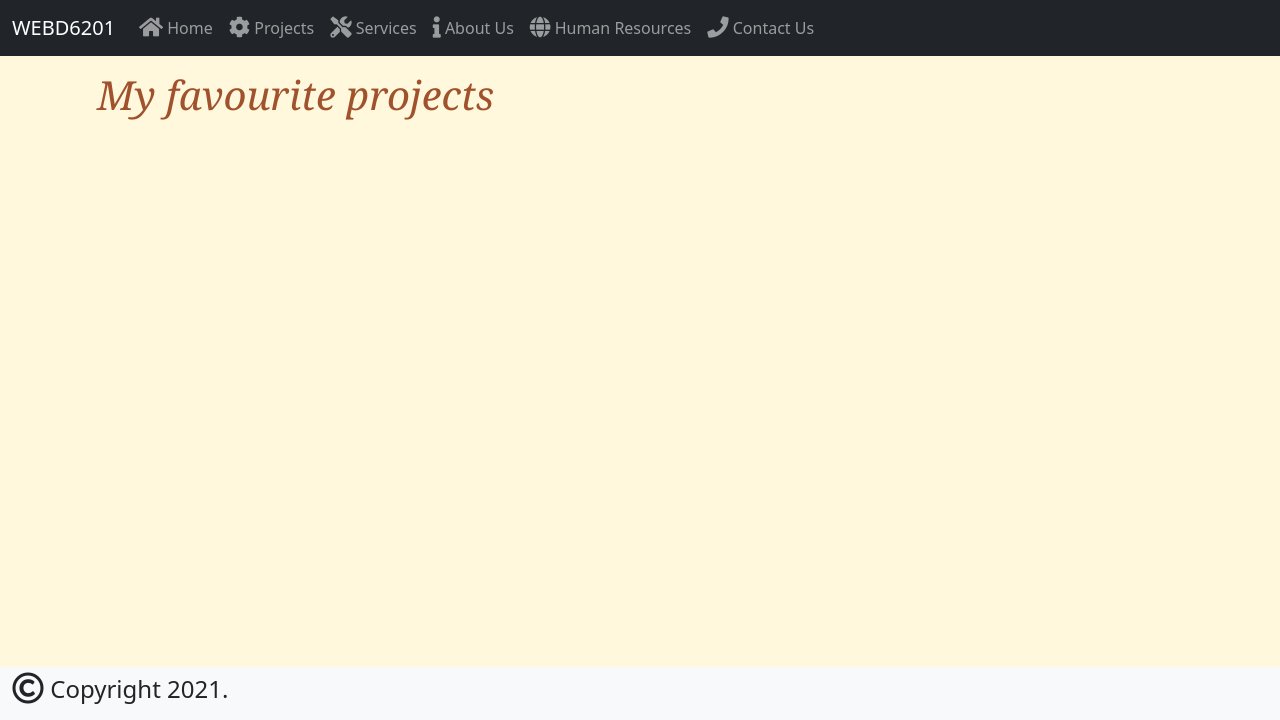
Repository: YiuWingLau/WEBD6201-W2021-Lab1
Page: projects.html
An editor plug-in stored every save of this project. The page is shown before and after the next save, followed by the edit.
The browser window is 1280 px wide. The pictures show the whole page.

Above is the page before, as saved 2021-02-04 20:30:35.
Console error: TypeError: Failed to execute 'appendChild' on 'Node': parameter 1 is not of type 'Node'.

After the next save:
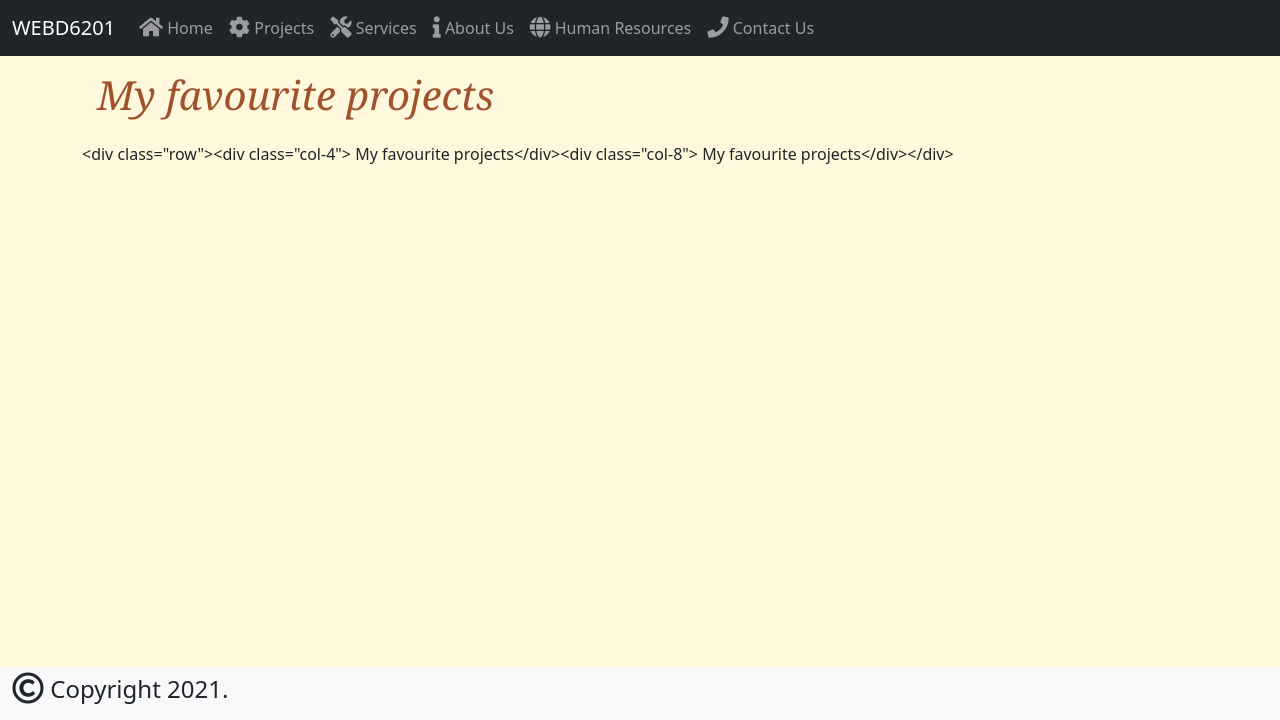
The error is gone.
Saved 3 min 0 s later.
--- a/Scripts/app.js
+++ b/Scripts/app.js
@@ -75,10 +75,10 @@
       mainContent.appendChild(project);
 
       // create & insert first favorite project detail
-      //let projectOne = document.createElement("div");
-      //projectOne.setAttribute("class", "row");
-      //projectOne.setAttribute("id", "projectOne");
-      let projectOne = `<div class="row"><div class="col-4"> My favourite projects</div><div class="col-8"> My favourite projects</div></div>`;
+      let projectOne = document.createElement("div");
+      projectOne.setAttribute("class", "row");
+      projectOne.setAttribute("id", "projectOne");
+      projectOne.textContent = `<div class="row"><div class="col-4"> My favourite projects</div><div class="col-8"> My favourite projects</div></div>`;
 
 
       project.appendChild(projectOne);
